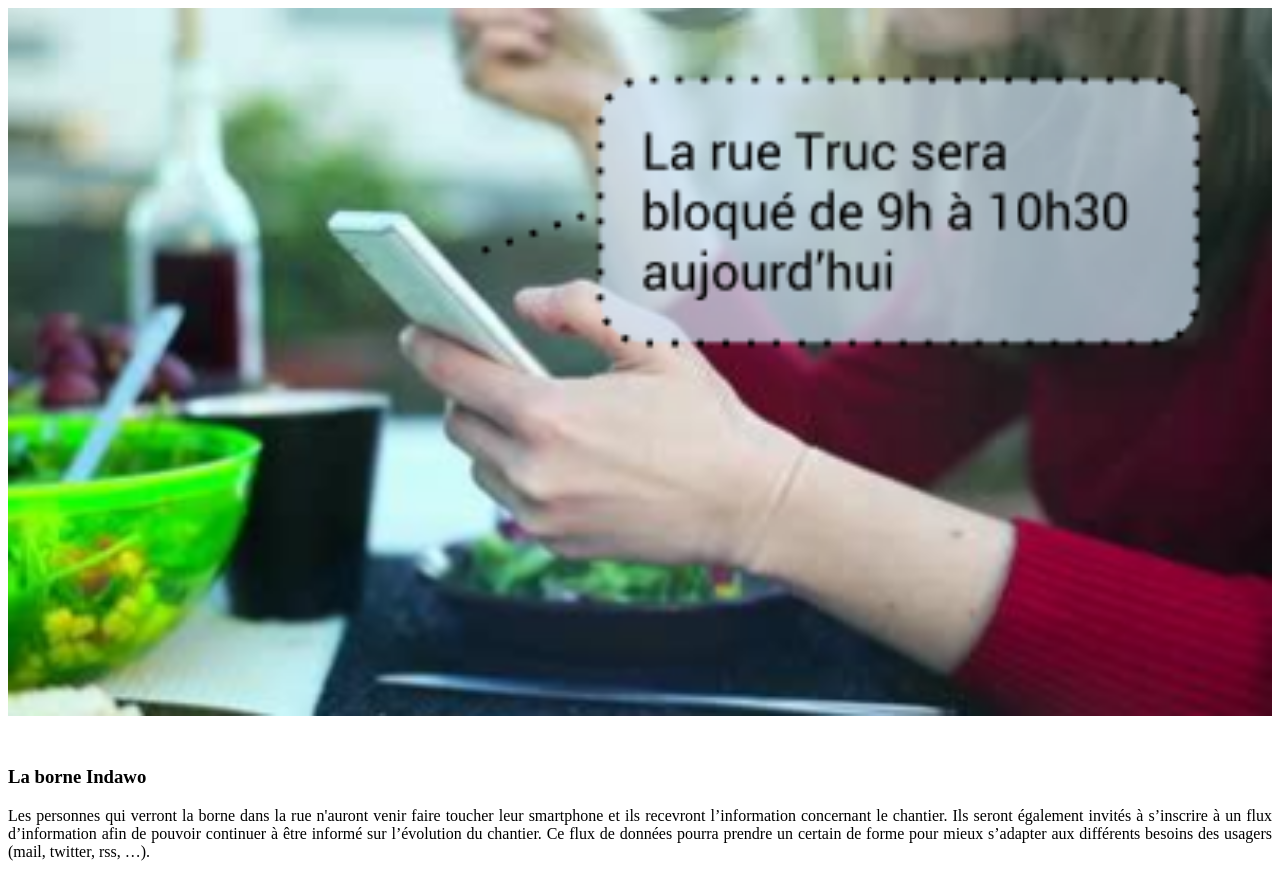
Repository: PierreGauthier/DU-Phase2
Page: duphase2/templates/1indawo1.html
The author's editor kept a record of every edit. The page is drawn from the files as they stood at one moment, then again after the next edit.
The browser window is 1280 px wide. The pictures show the whole page.
The template is drawn by Django 2.2. The application's start-up code is not run. The template is opened directly, without the code that normally fills it, so the values that code supplies are empty.

Above is the page before.

After the next edit:
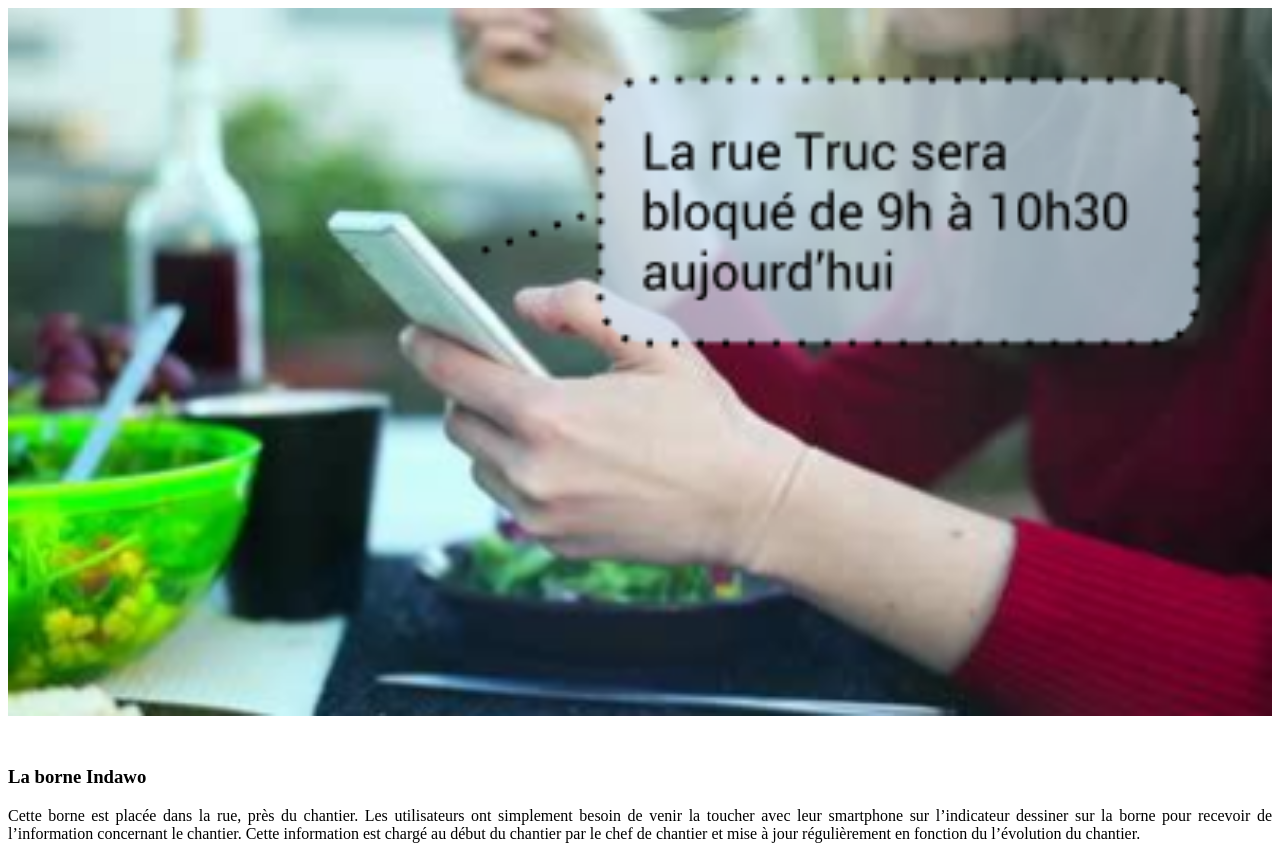
The edit:
--- a/duphase2/templates/1indawo1.html
+++ b/duphase2/templates/1indawo1.html
@@ -5,7 +5,8 @@
    </div>
    <div class="eight wide column" style="text-align:justify;vertical-align: center;" >
        <h3 style="margin-top:50px;">La borne Indawo</h3>
-       <p>Les personnes qui verront la borne dans la rue n'auront venir faire toucher leur smartphone et ils recevront l’information concernant le chantier. Ils seront également invités à s’inscrire à un flux d’information afin de pouvoir continuer à être informé sur l’évolution du chantier.
-       Ce flux de données pourra prendre un certain de forme pour mieux s’adapter aux différents besoins des usagers (mail, twitter, rss, …).</p>
+       <p>Cette borne est placée dans la rue, près du chantier. Les utilisateurs ont simplement besoin de venir la toucher avec
+       leur smartphone sur l’indicateur dessiner sur la borne pour recevoir de l’information concernant le chantier.
+       Cette information est chargé au début du chantier par le chef de chantier et mise à jour régulièrement en fonction du l’évolution du chantier.</p>
    </div>
 </div>
